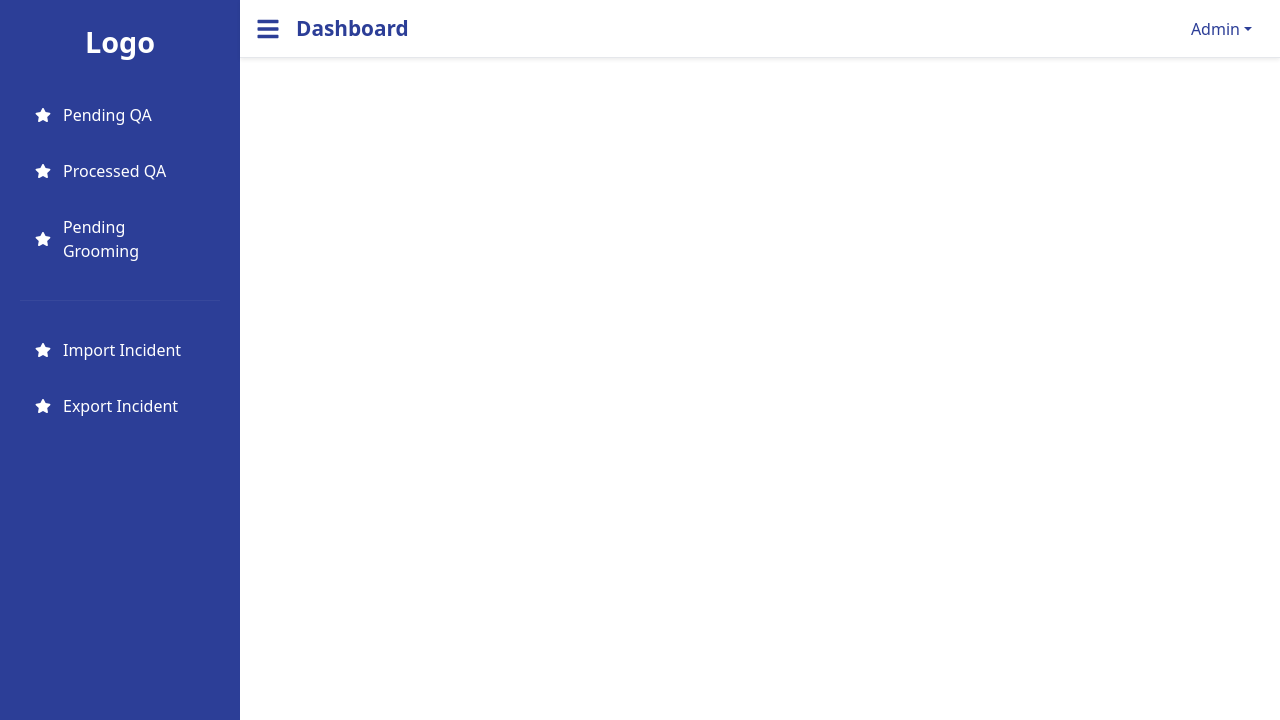
Repository: ArunGOW/ServiceNow_QA-audit
Page: /dashboard
The author's editor kept a copy of each file at every save. The page is drawn from the files as they stood at one save, then again after the next save.
The browser window is 1280 px wide. The pictures show the whole page.
The project was rebuilt for these pictures with package versions that can differ from the ones it lists, and the page was loaded fresh each time. Also part of the build but not shown: vite.config.js, src/components/Login.jsx, src/components/tables/PendingQATable.jsx, src/components/CustomButton.jsx, src/components/PaginationControls.jsx, src/pages/PendingQAPage.jsx, src/components/tables/ProcessedQATable.jsx, src/pages/ProcessedQAPage.jsx and 2 more.

Above is the page before, as saved 2025-09-09 16:30:50.

After the next save:
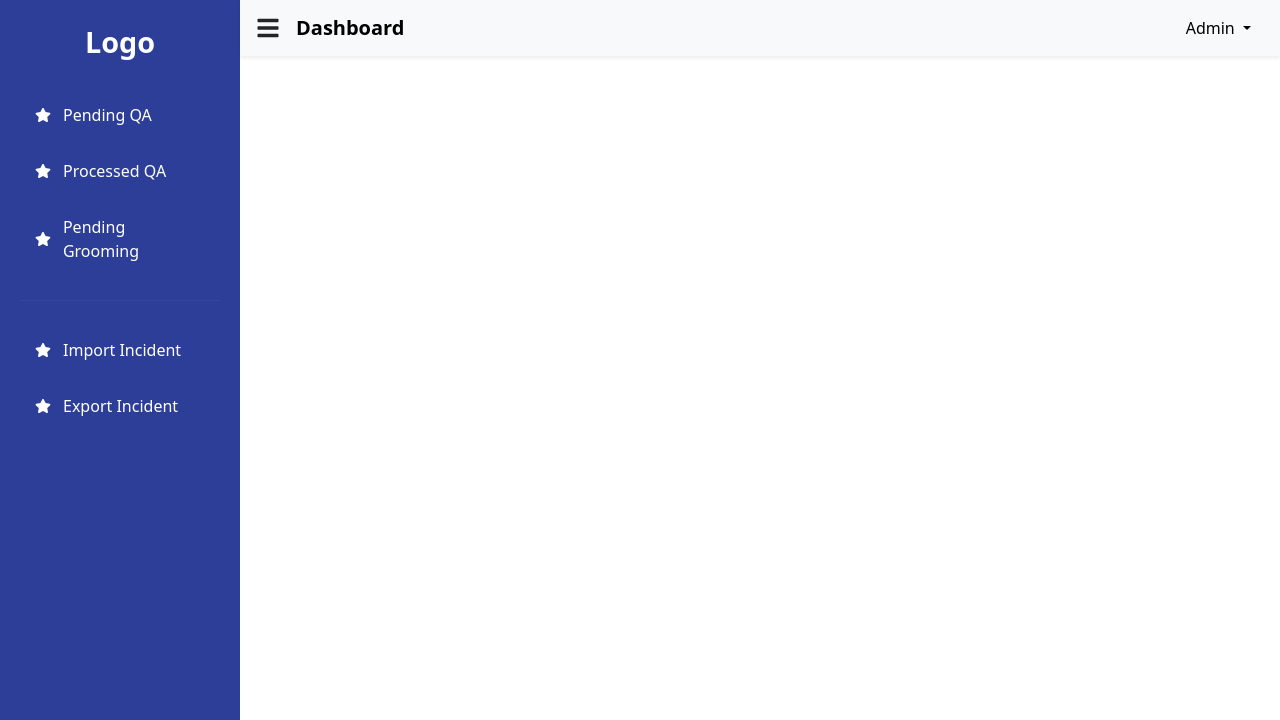
Saved 6 min 36 s later.
--- a/src/components/layout/Topbar.jsx
+++ b/src/components/layout/Topbar.jsx
@@ -30,33 +30,33 @@
 // export default Topbar;
 
 
-// src/components/layout/Topbar.jsx
+ // src/components/layout/Topbar.jsx
 import { Navbar, Nav, Dropdown } from "react-bootstrap";
 import { FaBars } from "react-icons/fa";
-import { useAuth } from "../../context/AuthContext";
+import { useAuth } from "../../context/AuthContext";   // ✅ import hook
 import { useNavigate } from "react-router-dom";
-import "./Topbar.css"; // custom styles
 
 const Topbar = ({ onToggleSidebar }) => {
-  const { logout } = useAuth();
+  const { logout, user } = useAuth();  // ✅ get user + logout
   const navigate = useNavigate();
 
   const handleLogout = () => {
-    logout();
-    navigate("/login");
+    logout();            // clear user + localStorage
+    navigate("/login");  // redirect to login page
   };
 
   return (
-    <Navbar bg="white" expand="lg" className="topbar px-3 shadow-sm">
+    <Navbar bg="light" expand="lg" className="shadow-sm px-3">
       <FaBars
-        className="menu-icon me-3"
+        className="me-3"
+        style={{ cursor: "pointer", fontSize: "1.5rem" }}
         onClick={onToggleSidebar}
       />
-      <Navbar.Brand className="brand fw-bold">Dashboard</Navbar.Brand>
+      <Navbar.Brand className="fw-bold">Dashboard</Navbar.Brand>
       <Nav className="ms-auto">
-        <Dropdown align="end" className="user-dropdown">
+        <Dropdown align="end">
           <Dropdown.Toggle variant="light" id="dropdown-basic">
-            Admin
+            {user?.name || "Admin"}  {/* ✅ show logged-in user name */}
           </Dropdown.Toggle>
           <Dropdown.Menu>
             <Dropdown.Item>Profile</Dropdown.Item>
